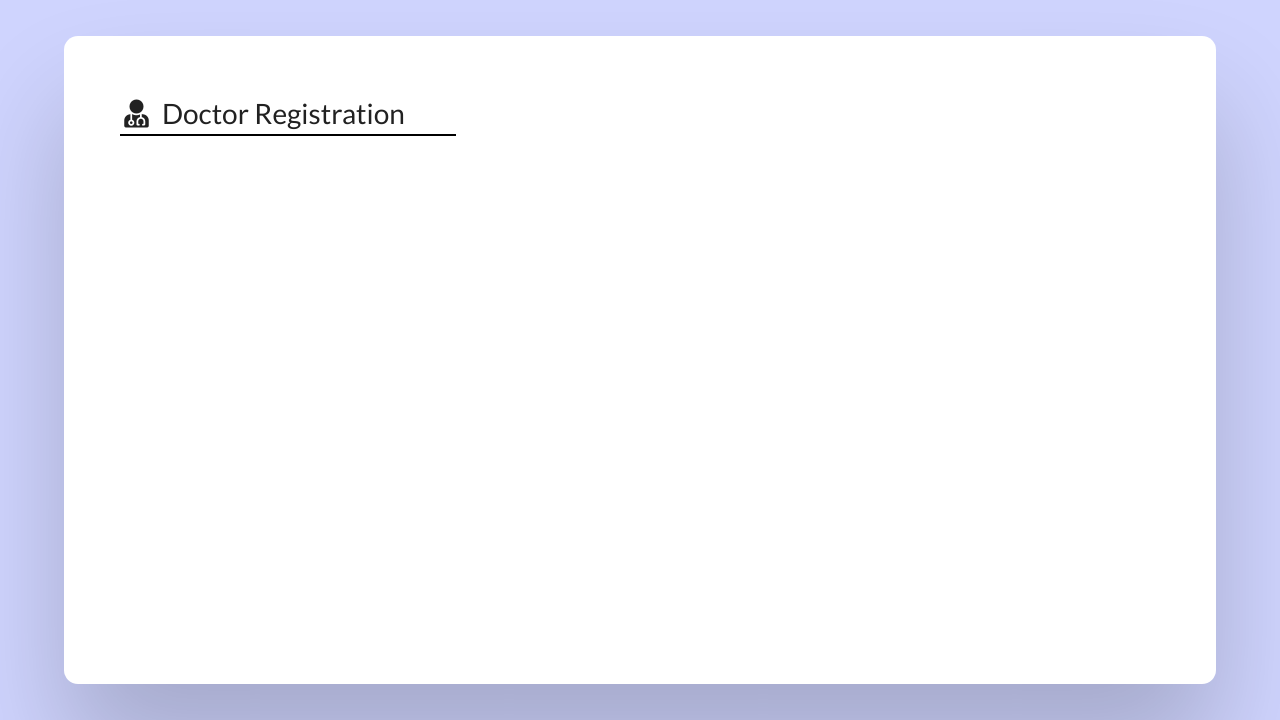
Repository: ajayaj2001/healthcare-digitization
Page: /doctorForm
The author's editor kept a copy of each file at every save. The page is drawn from the files as they stood at one save, then again after the next save.
The browser window is 1280 px wide. The pictures show the whole page.
The project was rebuilt for these pictures with package versions that can differ from the ones it lists, and the page was loaded fresh each time. Also part of the build but not shown: src/component/userType/UserType.scss, src/component/userType/UserType.js, src/component/login/Login.scss, src/component/login/loginForm/LoginForm.scss, src/component/login/loginForm/LoginForm.js, src/component/login/Login.js, src/component/register/Register.scss, src/component/register/registerForm/RegisterForm.scss and 2 more.

Above is the page before, as saved 2021-03-13 10:41:54.

### public/index.html
<!DOCTYPE html>
<html lang="en">

<head>
  <meta charset="utf-8" />
  <meta name="viewport" content="width=device-width, initial-scale=1" />
  <meta name="theme-color" content="#000000" />
  <meta name="description" content="Web site created using create-react-app" />
  <link rel="stylesheet" href="https://fonts.googleapis.com/css?family=Roboto:300,400,500,700&display=swap" />
  <link rel="stylesheet" href="https://fonts.googleapis.com/icon?family=Material+Icons" />

  <!--
      manifest.json provides metadata used when your web app is installed on a
      user's mobile device or desktop. See https://developers.google.com/web/fundamentals/web-app-manifest/
    -->
  <!-- <link rel="manifest" href="%PUBLIC_URL%/manifest.json" /> -->
  <!--
      Notice the use of %PUBLIC_URL% in the tags above.
      It will be replaced with the URL of the `public` folder during the build.
      Only files inside the `public` folder can be referenced from the HTML.

      Unlike "/favicon.ico" or "favicon.ico", "%PUBLIC_URL%/favicon.ico" will
      work correctly both with client-side routing and a non-root public URL.
      Learn how to configure a non-root public URL by running `npm run build`.
    -->
  <title>medical</title>
</head>

<body>
  <noscript>You need to enable JavaScript to run this app.</noscript>
  <div id="root"></div>
  <!--
      This HTML file is a template.
      If you open it directly in the browser, you will see an empty page.

      You can add webfonts, meta tags, or analytics to this file.
      The build step will place the bundled scripts into the <body> tag.

      To begin the development, run `npm start` or `yarn start`.
      To create a production bundle, use `npm run build` or `yarn build`.
    -->
</body>

</html>

### src/index.js
import React from 'react';
import ReactDOM from 'react-dom';
import './index.scss';
import App from './component/app/App';
import 'semantic-ui-css/semantic.min.css'


ReactDOM.render(
  // <React.StrictMode>
    <App />
  // </React.StrictMode>
  ,
  document.getElementById('root')
);

### src/index.scss
code {
  font-family: source-code-pro, Menlo, Monaco, Consolas, "Courier New", monospace;
}
@mixin respond($breakpoint) {
  @if $breakpoint == phone {
    @media (max-width: 37.5em) {
      @content;
    }
  }

  @if $breakpoint == tab-land {
    @media (max-width: 75em) {
      @content;
    }
  }
  @if $breakpoint == tab-port {
    @media (max-width: 56.25em) {
      @content;
    }
  }
  @if $breakpoint == big-desktop {
    @media (min-width: 112.5em) {
      @content;
    }
  }
}

*,
*::after,
*::before {
  margin: 0;
  padding: 0;
  box-sizing: inherit;
}
body {
  font-family: "Lato", sans-serif;
  font-weight: 400;
  font-size: 16px;
  line-height: 1.7;
  color: #777;
  //padding: 30px;
  box-sizing: border-box;
  @include respond(tab-port) {
    padding: 0;
  }
}

html {
  font-size: 62.5%; //1rem=10px 10px/16px=62.5%
  @include respond(tab-land) {
    //width <1200
    font-size: 56.25%; //1rem=9px
  }
  @include respond(tab-port) {
    //<width <900
    font-size: 50%; //1rem=8px
  }
  // @include respond(phone) {
  //     //<width<600
  //     font-size: 40%; //1rem=4.8px
  // }
  @include respond(big-desktop) {
    //>1200
    font-size: 75%; //1rem=12
  }
}

### src/component/app/App.js
import './App.scss';

import UserType from "../userType/UserType";
import Login from '../login/Login';
import Register from '../register/Register';
import { BrowserRouter as Router,Route,Switch } from 'react-router-dom';
import DoctorForm from '../doctorForm/DoctorForm';

function App() {
  return (
    <Router>
       <Switch>
          <Route path="/login">
           <Login/>
          </Route>
          <Route path="/register">
           <Register/>
          </Route>
          <Route path="/doctorForm">
            <DoctorForm/>
          </Route>
          <Route path="/">
            <UserType/>
          </Route>

        </Switch>
    {/* <div className="App">
    </div> */}
    </Router>
  );
}

export default App;

### src/component/doctorForm/DoctorForm.js
import React from 'react'
import './DoctorForm.scss'
import { Form, Input, TextArea, Button, Select, Icon } from 'semantic-ui-react'

const DoctorForm = () => {
    return (
        <div className="doctorForm__container">
            <div className="doctorForm__main">
                <div className="doctorForm__heading"><Icon name="user doctor"/> Doctor Registration</div>
            </div>
        </div>
    )
}

export default DoctorForm

### src/component/doctorForm/DoctorForm.scss
.doctorForm{
    &__container{
        margin: 0;
        background-color: #cfd4fe;
        height: 100vh;
        display: flex;
        justify-content: center;
        align-items: center;
    }
    &__main{
        background-color: white;
        width: 90%;
        height: 90%;
        border-radius: 1rem;
        align-items: center;
        overflow: hidden;
        box-shadow: 0 5rem 8rem rgba(black, 0.2);
    }
   &__heading{
       font-size: 2rem;
       margin: 4rem 0rem 0rem 4rem;
       line-height: 3rem;
       border-bottom: .2rem solid black;
       width: 24rem;
   }
}

Loaded but not shown: src/component/app/App.scss (no stored copy; drawn as an empty file)

After the next save:
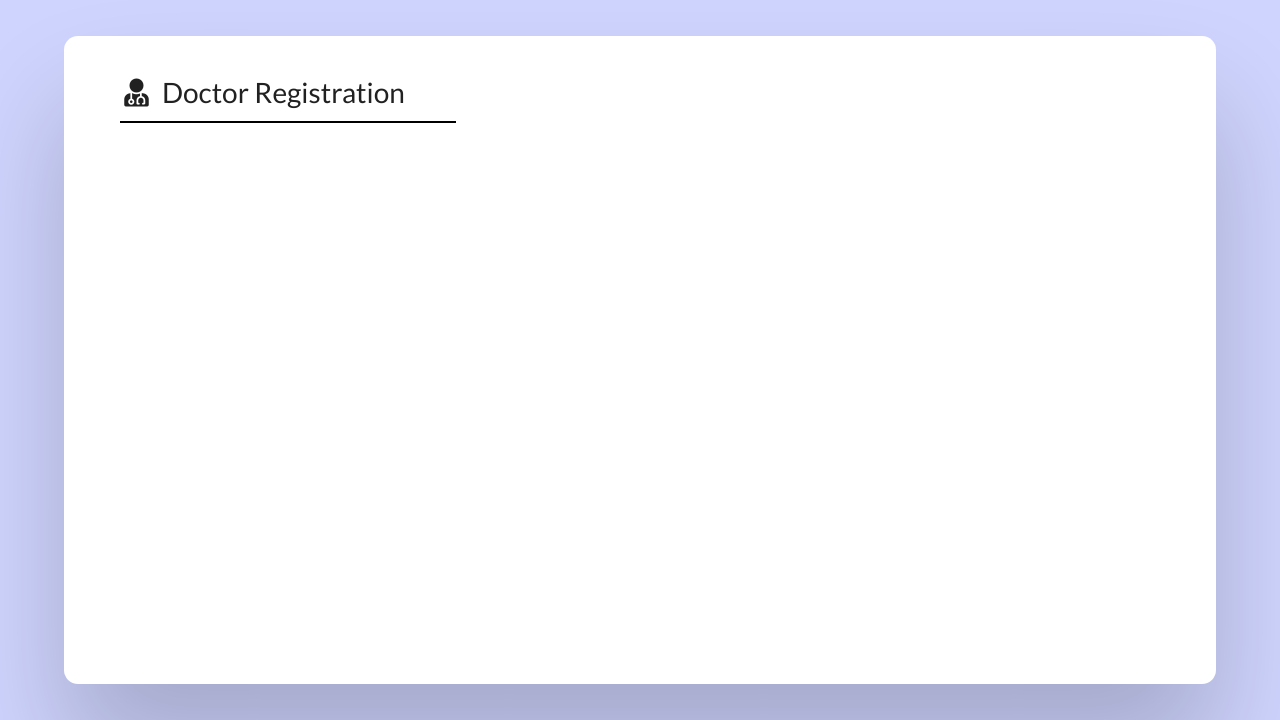
Saved 4 s later.
--- a/src/component/doctorForm/DoctorForm.scss
+++ b/src/component/doctorForm/DoctorForm.scss
@@ -19,7 +19,7 @@
    &__heading{
        font-size: 2rem;
        margin: 4rem 0rem 0rem 4rem;
-       line-height: 3rem;
+       line-height: 0rem;
        border-bottom: .2rem solid black;
        width: 24rem;
    }
